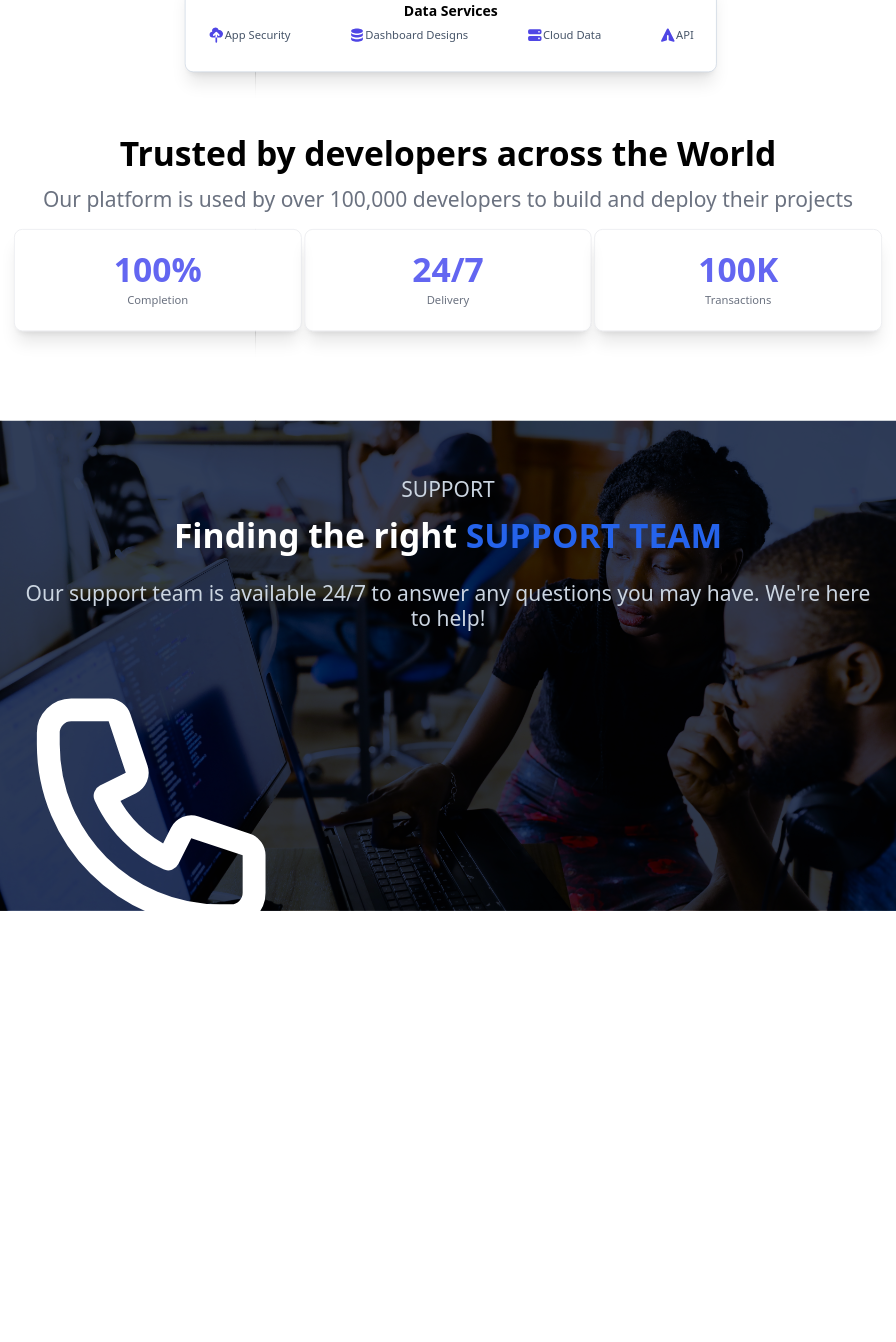
Repository: Esther-Kamau/cloud-management
Page: /
These files come from the project's save history. The page is drawn as it stood at one moment and after a run of saves; the edit follows.
The browser window is 1280 px wide. The pictures show the part of the page from y = 653 to 2573 px (the page is 2570 px tall before and 2573 px after), at 70% of full size.
The project was rebuilt for these pictures with package versions that can differ from the ones it lists, and the page was loaded fresh each time. A package was used in the major version that the imports need, not the one package.json lists.

Above is the page before, as saved 2023-03-16 20:01:38.

After the next 2 saves:
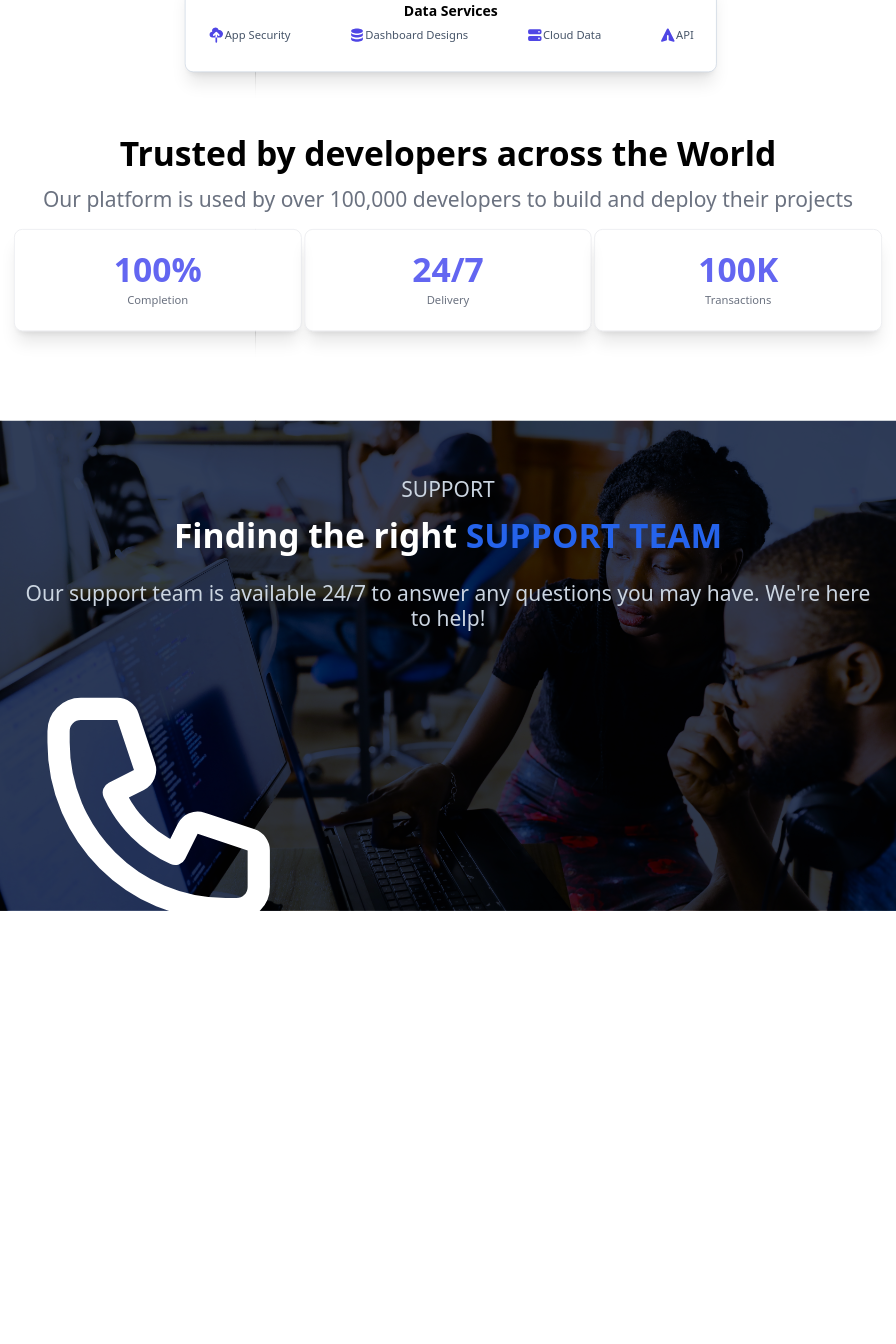
The 2 saves are shown as one change because they came seconds apart.
The last was saved 7 s later.
--- a/src/components/Support.jsx
+++ b/src/components/Support.jsx
@@ -26,7 +26,7 @@ const Support = () => {
             have. We're here to help!
           </p>
         </div>
-        <div className="grid grid-cols-1 lg:grid-cols-3 relative gap-y-16 gap-x-8 ">
+        <div className="grid grid-cols-1 lg:grid-cols-3 relative gap-y-16 gap-x-8 px-4 pt-">
           <div>
             <div>
               <PhoneIcon />
